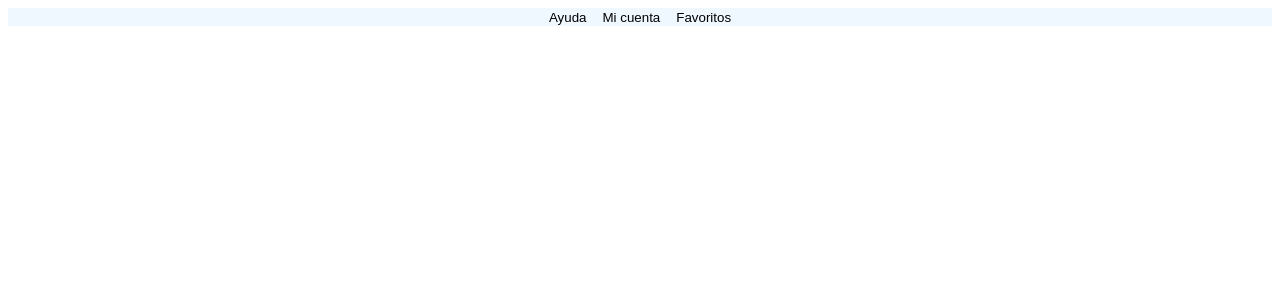
Repository: JoseHumberlay/Vans
Page: index.html
An editor plug-in stored every save of this project. The page is shown before and after the next save, followed by the edit.
The browser window is 1280 px wide. The pictures show the whole page.

Above is the page before, as saved 2023-09-04 23:00:39.

After the next save:
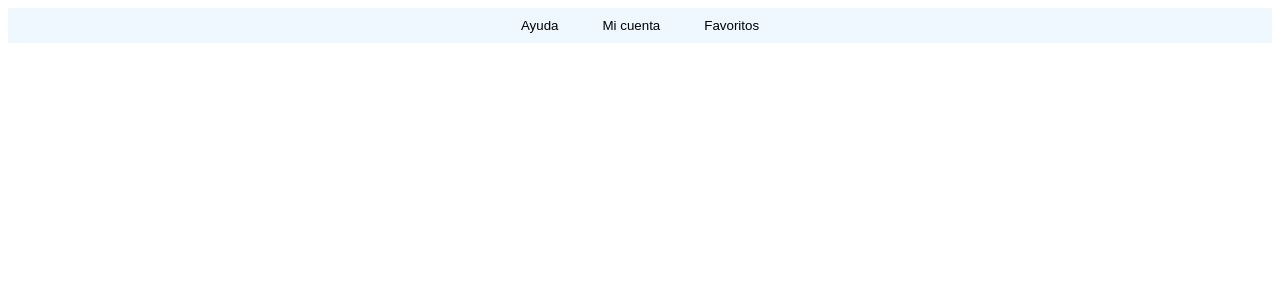
Saved 32 s later.
--- a/Styles/StylesIndex.css
+++ b/Styles/StylesIndex.css
@@ -3,7 +3,8 @@
     background-color: aliceblue;
 }
 
-.btnHeader{
+.btnHeader {
     background-color: aliceblue;
     border: none !important;
+    padding: 10px 20px; /* Ajusta el valor de padding según el tamaño que desees */
 }
